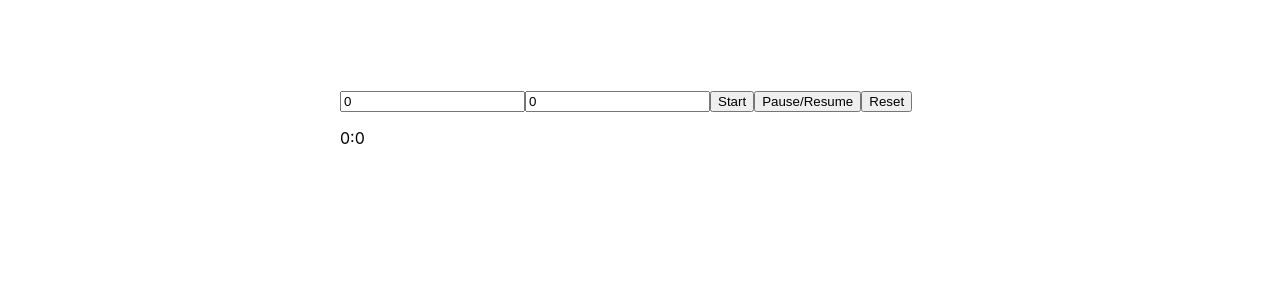
Repository: rafimohammad839/React-Time-App
Page: /
These files come from the project's save history. The page is drawn as it stood at one moment and after the next save; the edit follows.
The browser window is 1280 px wide. The pictures show the whole page.
The project was rebuilt for these pictures with package versions that can differ from the ones it lists, and the page was loaded fresh each time.

Above is the page before, as saved 2022-06-26 12:15:50.

After the next save:
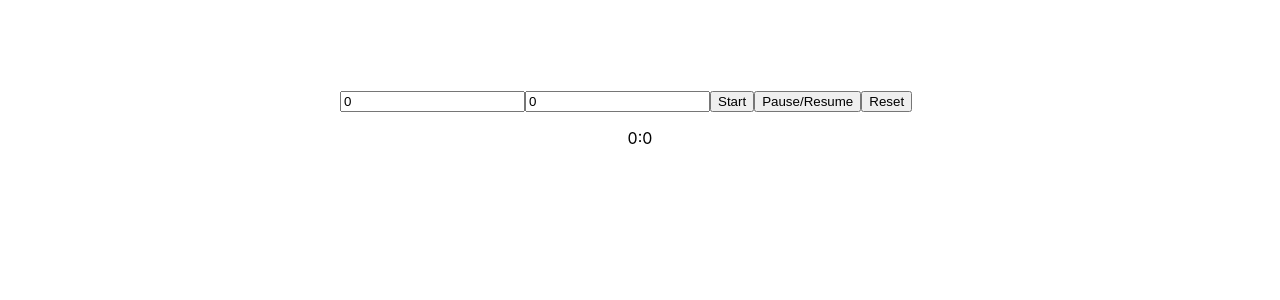
Saved 8 s later.
--- a/src/index.css
+++ b/src/index.css
@@ -16,3 +16,7 @@ code {
   width: 600px;
   margin: 90px auto;
 }
+
+.text-center {
+  text-align: center;
+}
